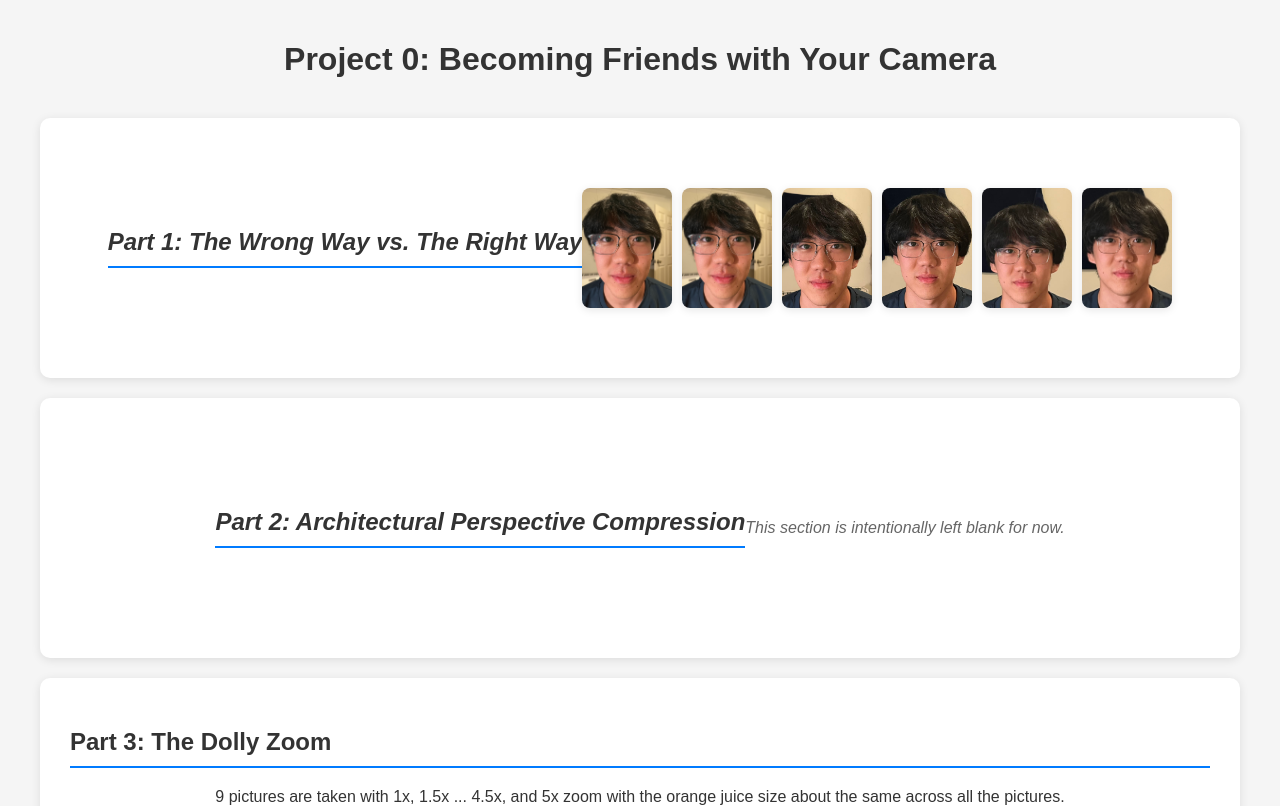
Repository: shuo-yuan/shuo-yuan.github.io
Page: 0/index.html
These files come from the project's save history. The page is drawn as it stood at one moment and after the next save; the edit follows.
The browser window is 1280 px wide. The pictures show the part of the page from y = 0 to 806 px (the page is 1200 px tall).
A picture or video elsewhere on the page could not be fetched, so the positions and the page height are approximate.

Above is the page before, as saved 2025-09-02 02:00:14.

### 0/index.html
<!DOCTYPE html>
<html lang="en">
<head>
    <meta charset="UTF-8">
    <meta name="viewport" content="width=device-width, initial-scale=1.0">
    <title>Project 0: Becoming Friends with Your Camera</title>
    <style>
        body {
            font-family: Arial, sans-serif;
            max-width: 1200px;
            margin: 0 auto;
            padding: 20px;
            background-color: #f5f5f5;
        }

        .part {
            background: white;
            margin: 20px 0;
            padding: 30px;
            border-radius: 10px;
            box-shadow: 0 2px 10px rgba(0,0,0,0.1);
        }

        .part h2 {
            color: #333;
            border-bottom: 2px solid #007bff;
            padding-bottom: 10px;
            margin-bottom: 20px;
        }

        .part1, .part2 {
            min-height: 200px;
            display: flex;
            align-items: center;
            justify-content: center;
            color: #666;
            font-style: italic;
        }

        .gif-container {
            text-align: center;
        }

        .gif-container img {
            max-width: 60%;
            height: auto;
            border-radius: 8px;
            box-shadow: 0 4px 15px rgba(0,0,0,0.2);
        }

        .gif-container p {
            margin-top: 15px;
            color: #666;
            font-size: 14px;
        }

        .selfie-row {
            display: flex;
            justify-content: center;
            align-items: center;
            gap: 10px;
            margin: 20px 0;
            flex-wrap: wrap;
        }

        .selfie-row img {
            max-width: 120px;
            max-height: 120px;
            width: auto;
            height: auto;
            border-radius: 8px;
            box-shadow: 0 2px 8px rgba(0,0,0,0.1);
            object-fit: cover;
        }
    </style>
</head>
<body>
    <h1 style="text-align: center; color: #333; margin-bottom: 40px;">Project 0: Becoming Friends with Your Camera</h1>

    <div class="part part1">
        <h2>Part 1: The Wrong Way vs. The Right Way</h2>
        <div class="selfie-row">
            <img src="media/selfie_1.jpg" alt="Selfie 1">
            <img src="media/selfie_1.jpg" alt="Selfie 1">
            <img src="media/selfie_2.jpg" alt="Selfie 2">
            <img src="media/selfie_3.jpg" alt="Selfie 3">
            <img src="media/selfie_4.jpg" alt="Selfie 4">
            <img src="media/selfie_5.jpg" alt="Selfie 5">
        </div>
    </div>

    <div class="part part2">
        <h2>Part 2: Architectural Perspective Compression</h2>
        <div class="part2">
            <p>This section is intentionally left blank for now.</p>
        </div>
    </div>

    <div class="part part3">
        <h2>Part 3: The Dolly Zoom</h2>
        <p style="text-align: center; margin-bottom: 20px; color: #333; font-size: 16px;">9 pictures are taken with 1x, 1.5x ... 4.5x, and 5x zoom with the orange juice size about the same across all the pictures.</p>
        <div class="gif-container">
            <img src="../0/media/recurring_animation.gif" alt="Recurring Animation GIF" onerror="this.style.display='none'; this.nextElementSibling.style.display='block';">
        </div>
    </div>
</body>
</html>

After the next save:
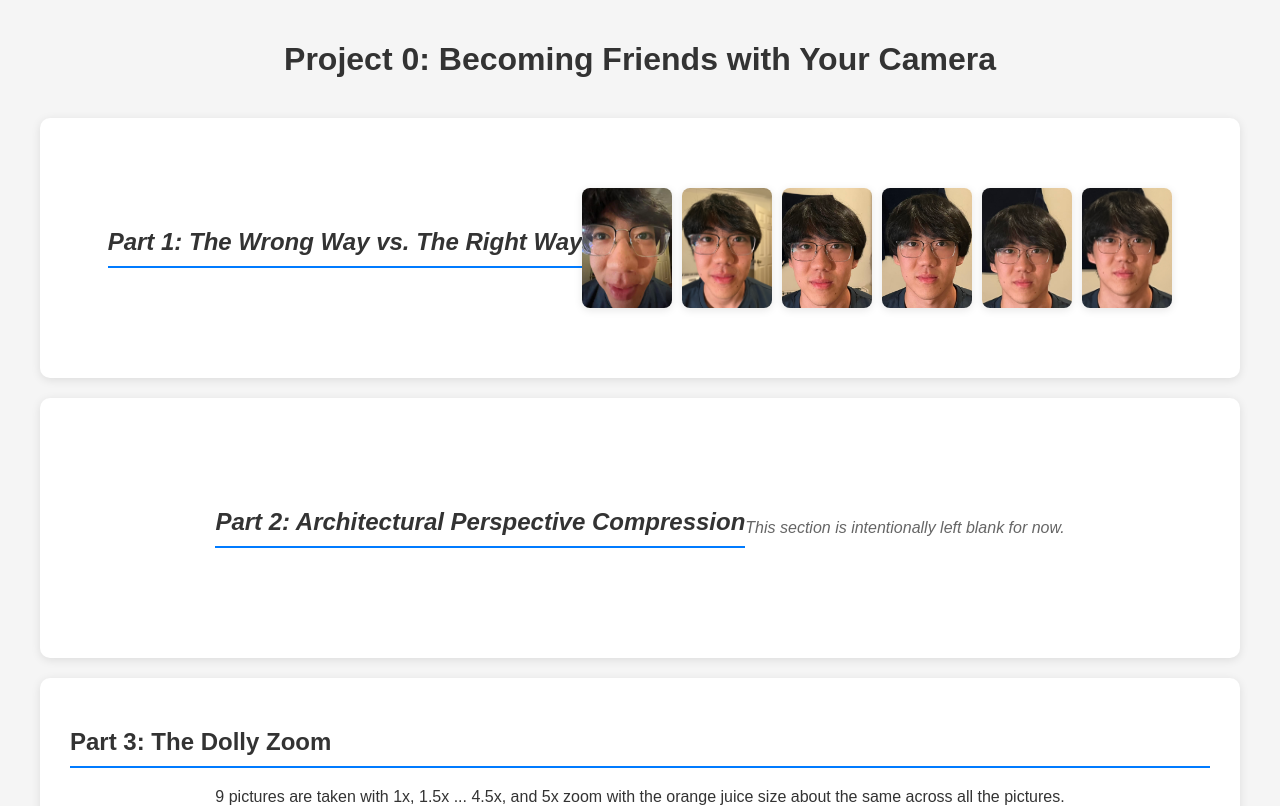
Saved 6 s later.
--- a/0/index.html
+++ b/0/index.html
@@ -80,7 +80,7 @@
     <div class="part part1">
         <h2>Part 1: The Wrong Way vs. The Right Way</h2>
         <div class="selfie-row">
-            <img src="media/selfie_1.jpg" alt="Selfie 1">
+            <img src="media/selfie_05.jpg" alt="Selfie 1">
             <img src="media/selfie_1.jpg" alt="Selfie 1">
             <img src="media/selfie_2.jpg" alt="Selfie 2">
             <img src="media/selfie_3.jpg" alt="Selfie 3">
